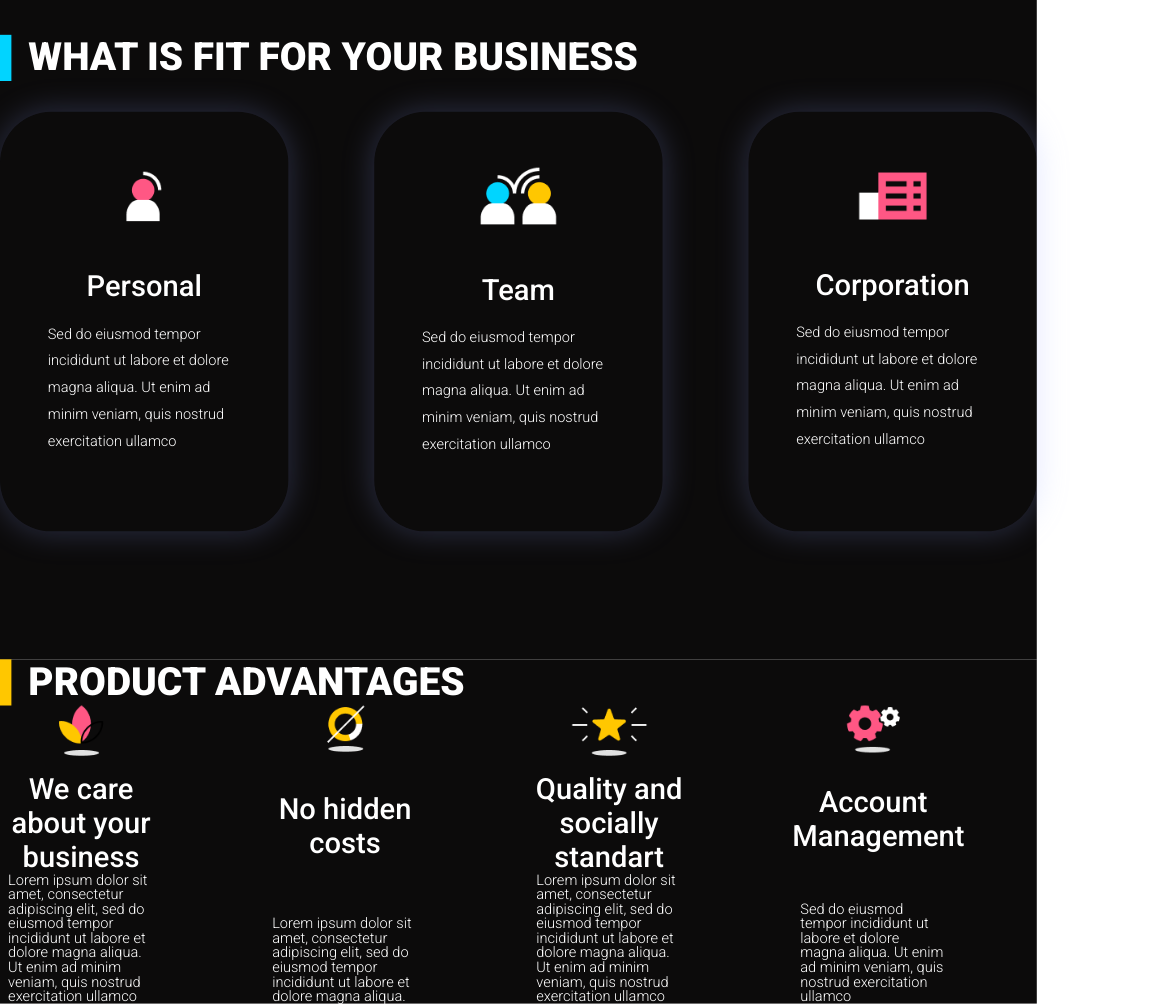
Repository: VetaWhale/team-site-test
Page: index.html
The author's editor kept a copy of each file at every save. The page is drawn from the files as they stood at one save, then again after the next save.
The browser window is 1280 px wide. The page is 1440 px wide, so the pictures cover 1440 px, including what lies to the right of the window. The pictures show the whole page, at 81% of full size.
Some web fonts or font styles are not loaded; a fallback is used.

Above is the page before, as saved 2023-04-24 15:14:16.

### index.html
<!DOCTYPE html>
<html lang="en">

<head>
    <meta charset="UTF-8" />
    <link rel="stylesheet" href="./css/reset.css" />
    <link rel="preconnect" href="https://fonts.googleapis.com" />
    <link rel="preconnect" href="https://fonts.gstatic.com" crossorigin />
    <link href="https://fonts.googleapis.com/css2?family=Nunito:wght@400;800&family=Oranienbaum&family=Prata&family=Rammetto+One&family=Roboto:wght@300;400;500;700;900&display=swap" rel="stylesheet" />
    <link rel="stylesheet" href="./css/index.css" />
    <title>Our test site</title>
</head>

<body>
    <header></header>
    <main>
        <section class="business">
            <div class="business__title">
                <img class="business__icon" src="./resources/business_icon.png" alt="">
                <h2 class="business__text">
                    WHAT IS FIT FOR YOUR BUSINESS
                </h2>
            </div>
            <div class="business__container">
                <div class="business__item">
                    <img src="./resources/people__icon.png" alt="" />
                    <h2 class="business__title-text">Personal</h2>
                    <p class="business__description">
                        Sed do eiusmod tempor incididunt ut labore et dolore magna aliqua. Ut enim ad minim veniam, quis nostrud exercitation ullamco
                    </p>
                </div>

                <div class="business__item">
                    <img src="./resources/two_people__icon.png" alt="" />
                    <h2 class="business__title-text">Team</h2>
                    <p class="business__description">
                        Sed do eiusmod tempor incididunt ut labore et dolore magna aliqua. Ut enim ad minim veniam, quis nostrud exercitation ullamco
                    </p>
                </div>
                <div class="business__item">
                    <img src="./resources/home__icon.png" alt="" />
                    <h2 class="business__title-text">Corporation</h2>
                    <p class="business__description">
                        Sed do eiusmod tempor incididunt ut labore et dolore magna aliqua. Ut enim ad minim veniam, quis nostrud exercitation ullamco
                    </p>
                </div>
            </div>
        </section>
        <section class="product__section">
            <div class="product__title">
                <img src="./resources/product_icon.png" alt="">
                <h2>
                    PRODUCT ADVANTAGES
                </h2>
            </div>
            <div class="product__container">
                <div class="product__item">
                    <img src="./resources/product_icon-flower.png" alt="">
                    <h2 class="product__title-text">
                        We care about your business
                    </h2>
                    <p class="product__description">
                        Lorem ipsum dolor sit amet, consectetur adipiscing elit, sed do eiusmod tempor incididunt ut labore et dolore magna aliqua. Ut enim ad minim veniam, quis nostrud exercitation ullamco
                    </p>
                </div>
                <div class="product__item">
                    <img src="./resources/product_icon-ellipse.png" alt="">
                    <h2 class="product__title-text">
                        No hidden costs
                    </h2>
                    <p class="product__description">
                        Lorem ipsum dolor sit amet, consectetur adipiscing elit, sed do eiusmod tempor incididunt ut labore et dolore magna aliqua.
                    </p>
                </div>
                <div class="product__item">
                    <img src="./resources/product_icon-star.png" alt="">
                    <h2 class="product__title-text">
                        Quality and socially standart
                    </h2>
                    <p class="product__description">
                        Lorem ipsum dolor sit amet, consectetur adipiscing elit, sed do eiusmod tempor incididunt ut labore et dolore magna aliqua. Ut enim ad minim veniam, quis nostrud exercitation ullamco
                    </p>
                </div>
                <div class="product__item">
                    <img src="./resources/ICON 04.png" alt="">
                    <h2 class="product__title-text">
                        Account Management
                    </h2>
                    <p class="product__description">
                        Sed do eiusmod tempor incididunt ut labore et dolore magna aliqua. Ut enim ad minim veniam, quis nostrud exercitation ullamco
                    </p>
                </div>
            </div>
        </section>
    </main>
    <footer></footer>
</body>

</html>

### css/index.css
/* Шрифты для нашего сайта */


/*
font-family: 'Nunito', sans-serif;
font-family: 'Oranienbaum', serif;
font-family: 'Prata', serif;
font-family: 'Rammetto One', cursive;
font-family: 'Roboto', sans-serif;
*/

@import'../css/business.css';
@import'../css/product.css';
body {
    font-family: 'Roboto', sans-serif;
}

### css/business.css
.business {
    width: 100%;
    background-color: #0C0B0B;
    padding-top: 43px;
    margin: 0 auto;
}

.business__container {
    max-width: 1440px;
    margin: 0 auto;
    display: flex;
    flex-direction: row;
    gap: 94px;
    padding-top: 38px;
    padding-bottom: 158px;
    justify-content: space-between;
}

.business__title {
    max-width: 1440px;
    margin: 0 auto;
    display: flex;
    gap: 20px;
}

.business__text {
    font-weight: 900;
    font-size: 48px;
    line-height: 56px;
    color: #FFFFFF;
}

.business__title-text {
    font-weight: 500;
    font-size: 36px;
    line-height: 42px;
    color: #FFFFFF;
    padding-top: 40px;
}

.business__item {
    display: flex;
    justify-content: center;
    align-items: center;
    flex-direction: column;
    width: 356px;
    height: 518px;
    box-shadow: 0px 0px 40px rgba(146, 163, 255, 0.25);
    border-radius: 63px;
    gap: 20px;
}

.business__description {
    font-weight: 300;
    font-size: 18px;
    line-height: 33px;
    color: #FFFFFF;
    width: 238.17px;
    height: 188px
}

### css/product.css
.product__section {
    width: 100%;
    background-color: #0C0B0B;
    margin: 0 auto;
}

.product__title {
    width: 1440px;
    margin: 0 auto;
    display: flex;
    font-weight: 900;
    font-size: 48px;
    line-height: 56px;
    color: #FFFFFF;
    gap: 20px;
}

.product__container {
    display: flex;
    margin: 0 auto;
    width: 100%;
    max-width: 1440px;
    flex-direction: row;
    gap: 126px;
}

.product__item {
    display: flex;
    flex-direction: column;
    align-items: center;
    justify-content: space-between;
    gap: 20px;
}

.product__title-text {
    font-weight: 500;
    font-size: 36px;
    line-height: 42px;
    width: 200px;
    height: 104px;
    color: #FFFFFF;
    text-align: center;
}

.product__description {
    font-weight: 300;
    font-size: 18px;
    line-height: 18px;
    width: 180px;
    color: #FFFFFF;
}

Loaded but not shown: css/reset.css (common file)

After the next save:
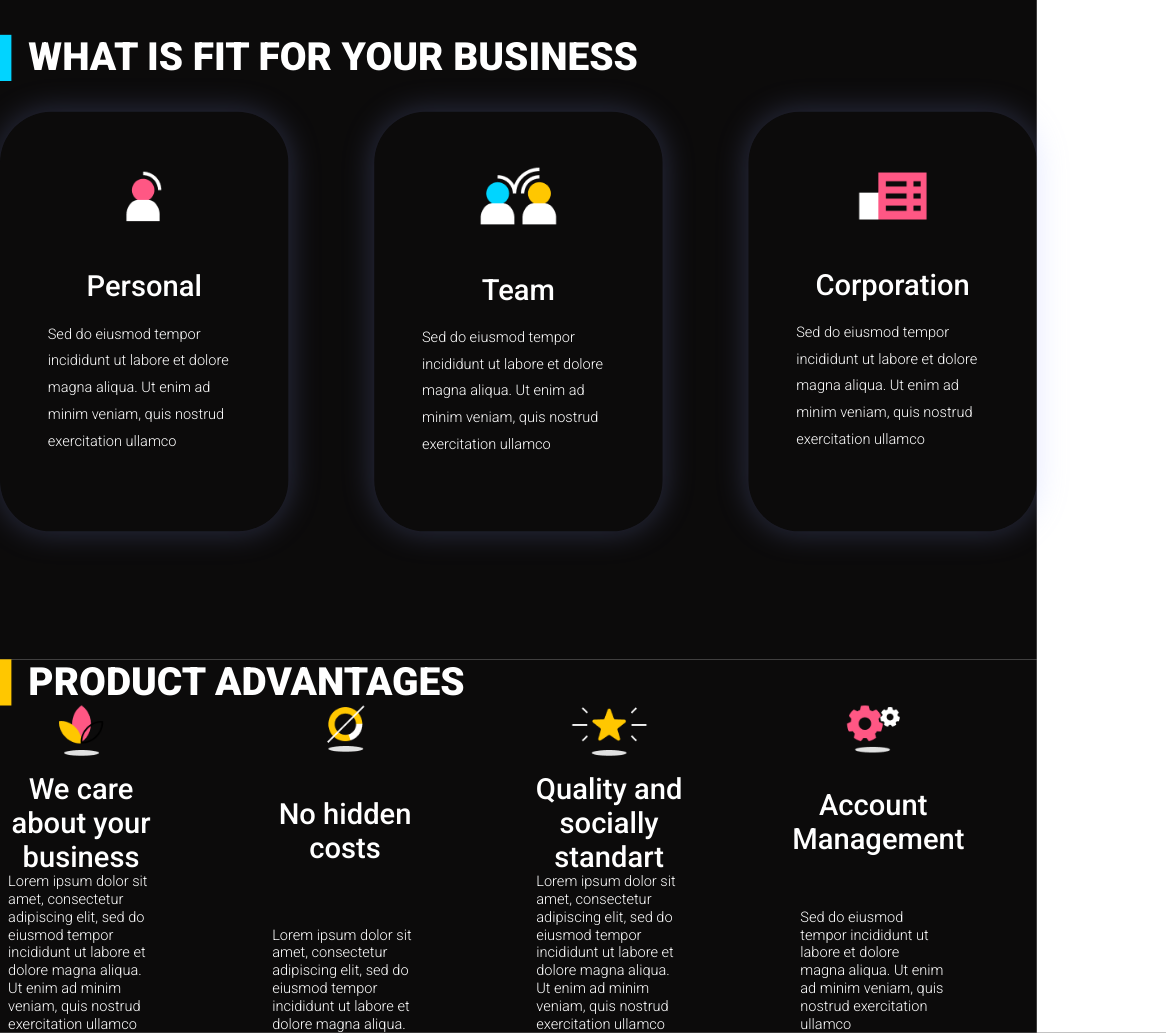
Saved 4 s later.
--- a/css/product.css
+++ b/css/product.css
@@ -45,7 +45,7 @@
 .product__description {
     font-weight: 300;
     font-size: 18px;
-    line-height: 18px;
+    line-height: 22px;
     width: 180px;
     color: #FFFFFF;
 }
